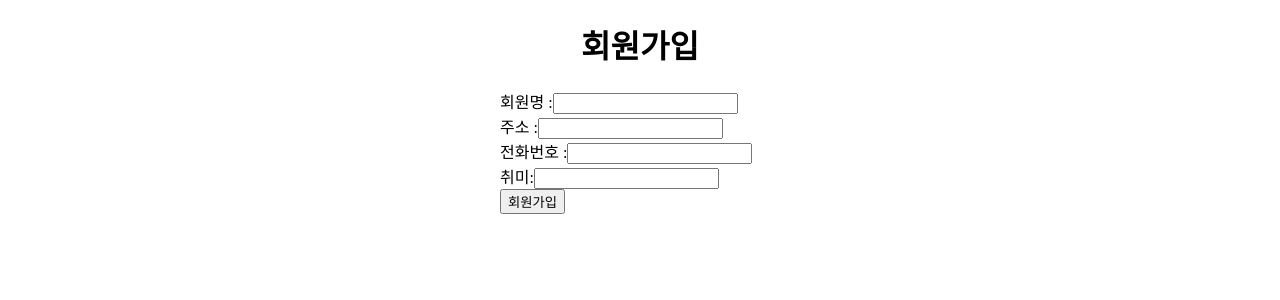
Repository: ssookkdduugg/jsp
Page: http://localhost/Hello/memReg.jsp
These files come from the project's save history. The page is drawn as it stood at one moment and after the next save; the edit follows.
The browser window is 1280 px wide. The pictures show the whole page.
The page is served by Tomcat 9. Other server files are loaded and not shown.

Above is the page before, as saved 2023-09-19 05:26:02.

### Hello/src/main/webapp/memReg.jsp
<%@ page language="java" contentType="text/html; charset=UTF-8"
    pageEncoding="UTF-8"%>
<!DOCTYPE html>
<html>
<head>
<meta charset="UTF-8">
<title>Insert title here</title>
<style>
		body{margin: auto;}
		div{
		width: 280px;
		margin: auto;
		}
		h1{
		text-align: center;
		}
</style>
</head>
<body>
<div>
	<h1>회원가입</h1>
	<form action="./login2" method="post">
	<tr><th>회원명 :</th><td><input type="text" name="name"></td></tr><br>
	<tr><th>주소 :</th><td><input type="text" name="addr"></td></tr><br>
	<tr><th>전화번호 :</th><td><input type="text" name="num"></td></tr><br>
	<tr><th>취미:</th><td><input type="text" name="hobby"></td></tr><br>
	<tr><td></td><td><input type="submit" value="회원가입"></td></tr>
</table>
</form>
</div>
</body>
</html>

After the next save:
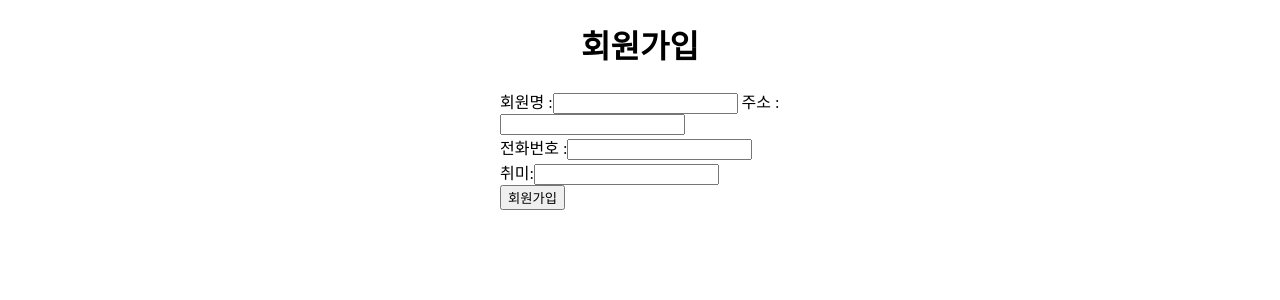
Saved 25 s later.
--- a/Hello/src/main/webapp/memReg.jsp
+++ b/Hello/src/main/webapp/memReg.jsp
@@ -20,7 +20,7 @@
 <div>
 	<h1>회원가입</h1>
 	<form action="./login2" method="post">
-	<tr><th>회원명 :</th><td><input type="text" name="name"></td></tr><br>
+	<tr><th>회원명 :</th><td><input type="text" name="name"></td></tr>
 	<tr><th>주소 :</th><td><input type="text" name="addr"></td></tr><br>
 	<tr><th>전화번호 :</th><td><input type="text" name="num"></td></tr><br>
 	<tr><th>취미:</th><td><input type="text" name="hobby"></td></tr><br>

After the save that followed:
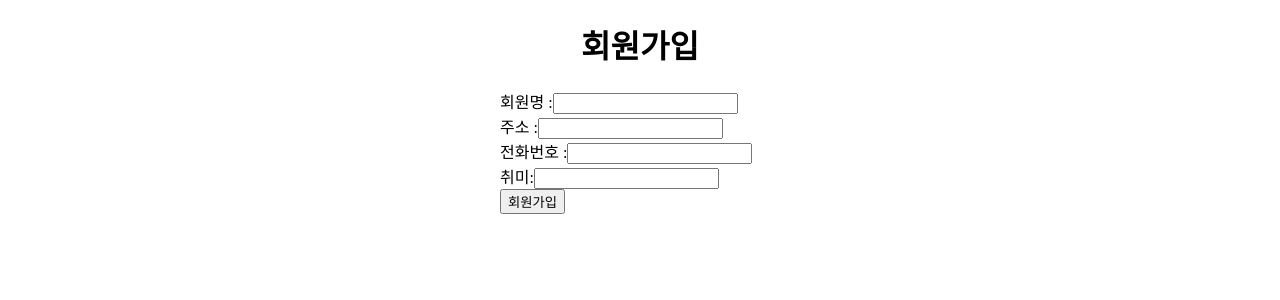
Saved 7 s later.
--- a/Hello/src/main/webapp/memReg.jsp
+++ b/Hello/src/main/webapp/memReg.jsp
@@ -20,7 +20,7 @@
 <div>
 	<h1>회원가입</h1>
 	<form action="./login2" method="post">
-	<tr><th>회원명 :</th><td><input type="text" name="name"></td></tr>
+	<tr><th>회원명 :</th><td><input type="text" name="name"></td></tr><br>
 	<tr><th>주소 :</th><td><input type="text" name="addr"></td></tr><br>
 	<tr><th>전화번호 :</th><td><input type="text" name="num"></td></tr><br>
 	<tr><th>취미:</th><td><input type="text" name="hobby"></td></tr><br>
